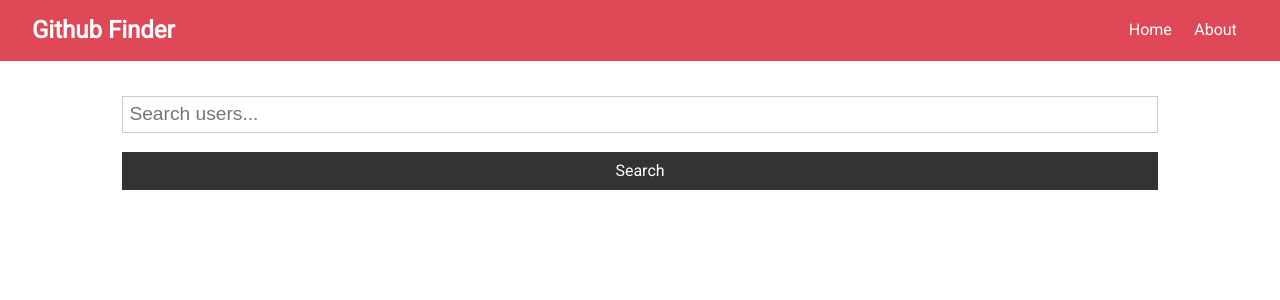
Repository: 7harshit20/github-users-finder
Page: /
These files come from the project's save history. The page is drawn as it stood at one moment and after the next save; the edit follows.
The browser window is 1280 px wide. The pictures show the whole page.
The project was rebuilt for these pictures with package versions that can differ from the ones it lists, and the page was loaded fresh each time. Also part of the build but not shown: src/component/users/UserItems.js, src/component/layout/Spinner.js, src/component/layout/Alert.js, src/component/pages/About.js.

Above is the page before, as saved 2021-10-03 10:55:33.

### src/App.js
import React, { Component, Fragment } from 'react';
import { BrowserRouter as Router, Switch, Route } from 'react-router-dom';
import Navbar from './component/layout/Navbar';
import Users from './component/users/Users';
import Search from './component/users/Search';
import Alert from './component/layout/Alert';
import About from './component/pages/About';
import axios from 'axios';
import './App.css';

class App extends Component {
  state = {
    users: [],
    loading: false,
    alert: null
  }

  searchUsers = async (text) => {
    this.setState({ loading: true });

    // const res = await fetch(`http://api.github.com/search/users?q=${text}&client_id=${process.env.REACT_APP_GITHUB_CLIENT_ID}&client_secret=${process.env.REACT_APP_GITHUB_CLIENT_SECRET}`);
    // const data = await res.json();
    // this.setState({ users: data.items, loading: false });
    const res = await axios.get(`http://api.github.com/search/users?q=${text}&client_id=${process.env.REACT_APP_GITHUB_CLIENT_ID}&client_secret=${process.env.REACT_APP_GITHUB_CLIENT_SECRET}`);

    this.setState({ loading: false, users: res.data.items });
  };

  clearUsers = () => {
    this.setState({ users: [] })
  }

  setAlert = (message, background) => {
    this.setState({ alert: { msg: message, type: background } });
    setTimeout(() => this.setState({ alert: null }), 3000)
  }

  // async componentDidMount() {
  //   this.setState({ loading: true });

  //   const res = await fetch(`http://api.github.com/users?client_id=${process.env.REACT_APP_GITHUB_CLIENT_ID}&client_secret=${process.env.REACT_APP_GITHUB_CLIENT_SECRET}`);
  //   const data = await res.json();

  //   this.setState({ users: data, loading: false });
  // }



  render() {
    // const name = "Someone";
    // const load = false;
    // const showName = true;
    // if (!showName && !load) {
    //   return (
    //     <h1>Changes successful</h1>
    //   )
    // }
    // return (
    //   <div className="App" >
    //     {load ? <h4>Loading...</h4> : <h1>{name}'s Changes successful</h1>}
    //   </div>
    //   // <Fragment>
    //   //   <h1>Hello again</h1>
    //   // </Fragment>
    // );
    const { loading, users, alert } = this.state;
    const name = "Github Finder";

    return (
      <Router>
        <div className="App">
          <Navbar title={name} />
          <div className="container">
            <Alert alert={alert} />
            <Switch>
              <Route exact path='/' render={(props) => (
                <Fragment>
                  <Search
                    searchUsers={this.searchUsers}
                    clearUsers={this.clearUsers}
                    setAlert={this.setAlert}
                    showClear={users.length > 0 ? true : false}
                  />
                  <Users loading={loading} users={users} />
                </Fragment>
              )}
              />
              <Route
                exact path='/about'
                render={(props) => (
                  <About />
                )}
              />
            </Switch>
          </div>
        </div>
      </Router>
    );

  }
}

export default App;

### src/component/layout/Navbar.js
// import React, { Component } from 'react'
// import PropTypes from 'prop-types'

// export class Navbar extends Component {
//     static defaultProps = {
//         title: 'Github Finder'
//     }

//     static propTypes = {
//         title: PropTypes.string.isRequired
//     }

//     render() {
//         return (
//             <nav className='bg-primary'>
//                 <h1>{this.props.title}</h1>
//             </nav>
//         )
//     }
// }

// export default Navbar
import React from 'react'
import PropTypes from 'prop-types'
import { Link } from 'react-router-dom'

const Navbar = ({ title }) => {
    return (
        <nav className='navbar bg-primary'>
            <h1>
                {title}
            </h1>
            <ul>
                <li><Link to="/">Home</Link></li>
                <li><Link to="/about">About</Link></li>
            </ul>
        </nav>
    )
}
Navbar.defaultProps = {
    title: 'Github Finder'
}

Navbar.propTypes = {
    title: PropTypes.string.isRequired
}


export default Navbar

### src/component/users/Users.js
import React from 'react'
import UserItems from './UserItems';
import Spinner from '../layout/Spinner';
import PropTypes from 'prop-types'

const Users = ({ users, loading }) => {
    if (loading) {
        return <Spinner />
    }
    return (
        <div style={userStyle}>
            {users.map(user => (
                <UserItems key={user.id} user={user} />
            ))}
        </div>
    );
}

const userStyle = {
    display: 'grid',
    gridTemplateColumns: 'repeat(3,1fr)',
    gridGap: '1rem'
}

Users.prototype = {
    users: PropTypes.array.isRequired,
    loading: PropTypes.bool.isRequired
}

export default Users

### src/component/users/Search.js
import React, { Component } from 'react'
import PropTypes from 'prop-types'

export class Search extends Component {
    state = {
        text: ''
    };
    onChange = (e) => {
        return this.setState({ [e.target.name]: e.target.value });
    }
    static propTypes = {
        searchUsers: PropTypes.func.isRequired,
        clearUsers: PropTypes.func.isRequired,
        showClear: PropTypes.bool.isRequired,
        setAlert: PropTypes.func.isRequired
    }
    onSubmit = (e) => {
        e.preventDefault();
        if (this.state.text.length === 0) {
            this.props.setAlert('No input provided', 'light');
            return;
        }
        this.props.searchUsers(this.state.text);
        this.setState({ text: '' });
    }
    render() {
        const { clearUsers, showClear } = this.props;
        return (
            <div>
                <form onSubmit={this.onSubmit} className="form">
                    <input type="text" name="text" placeholder="Search users..." value={this.state.text} onChange={this.onChange} />
                    <input type="submit" value="Search" className="btn btn-dark btn-block" />
                </form>
                {showClear && (
                    <button className="btn btn-light btn-block" onClick={clearUsers}>Clear</button>
                )
                }
            </div>
        )
    }
}

export default Search

### src/App.css
@import url("https://fonts.googleapis.com/css?family=Roboto");

/* Global Styles */
:root {
  --primary-color: #dc3545;
  --dark-color: #333333;
  --light-color: #f4f4f4;
  --danger-color: #dc3545;
  --success-color: #28a745;
}

* {
  box-sizing: border-box;
  margin: 0;
  padding: 0;
}

body {
  font-family: "Roboto", sans-serif;
  font-size: 1rem;
  line-height: 1.6;
  background-color: #fff;
  color: #333;
}

a {
  color: var(--primary-color);
  text-decoration: none;
}

a:hover {
  color: #666;
}

ul {
  list-style: none;
}

img {
  width: 100%;
}

/* Utilities */
.container {
  max-width: 1100px;
  margin: auto;
  overflow: hidden;
  padding: 0 2rem;
}

/* Text Styles*/
.x-large {
  font-size: 4rem;
  line-height: 1.2;
  margin-bottom: 1rem;
}

.large {
  font-size: 3rem;
  line-height: 1.2;
  margin-bottom: 1rem;
}

.lead {
  font-size: 1.5rem;
  margin-bottom: 1rem;
}

.text-center {
  text-align: center;
}

.text-primary {
  color: var(--primary-color);
}

.text-dark {
  color: var(--dark-color);
}

.text-success {
  color: var(--success-color);
}

.text-danger {
  color: var(--danger-color);
}

.text-center {
  text-align: center;
}

.text-right {
  text-align: right;
}

.text-left {
  text-align: left;
}

/* Center All */
.all-center {
  display: flex;
  flex-direction: column;
  width: 100%;
  margin: auto;
  justify-content: center;
  align-items: center;
  text-align: center;
}

/* Cards */
.card {
  padding: 1rem;
  border: #ccc 1px dotted;
  margin: 0.7rem 0;
}

/* List */
.list {
  margin: 0.5rem 0;
}

.list li {
  padding-bottom: 0.3rem;
}

/* Padding */
.p {
  padding: 0.5rem;
}
.p-1 {
  padding: 1rem;
}
.p-2 {
  padding: 2rem;
}
.p-3 {
  padding: 3rem;
}
.py {
  padding: 0.5rem 0;
}
.py-1 {
  padding: 1rem 0;
}
.py-2 {
  padding: 2rem 0;
}
.py-3 {
  padding: 3rem 0;
}

/* Margin */
.m {
  margin: 0.5rem;
}
.m-1 {
  margin: 1rem;
}
.m-2 {
  margin: 2rem;
}
.m-3 {
  margin: 3rem;
}
.my {
  margin: 0.5rem 0;
}
.my-1 {
  margin: 1rem 0;
}
.my-2 {
  margin: 2rem 0;
}
.my-3 {
  margin: 3rem 0;
}

/* Grid */
.grid-2 {
  display: grid;
  grid-template-columns: repeat(2, 1fr);
  grid-gap: 1rem;
}

.grid-3 {
  display: grid;
  grid-template-columns: repeat(3, 1fr);
  grid-gap: 1rem;
}

.grid-4 {
  display: grid;
  grid-template-columns: repeat(4, 1fr);
  grid-gap: 1rem;
}

.btn {
  display: inline-block;
  background: var(--light-color);
  color: #333;
  padding: 0.4rem 1.3rem;
  font-size: 1rem;
  border: none;
  cursor: pointer;
  margin-right: 0.5rem;
  transition: opacity 0.2s ease-in;
  outline: none;
}

.btn-link {
  background: none;
  padding: 0;
  margin: 0;
}

.btn-block {
  display: block;
  width: 100%;
}

.btn-sm {
  font-size: 0.8rem;
  padding: 0.3rem 1rem;
  margin-right: 0.2rem;
}

.badge {
  display: inline-block;
  font-size: 0.8rem;
  padding: 0.2rem 0.7rem;
  text-align: center;
  margin: 0.3rem;
  background: var(--light-color);
  color: #333;
  border-radius: 5px;
}

.alert {
  padding: 0.7rem;
  margin: 1rem 0;
  opacity: 0.9;
  background: var(--light-color);
  color: #333;
}

.btn-primary,
.bg-primary,
.badge-primary,
.alert-primary {
  background: var(--primary-color);
  color: #fff;
}

.btn-light,
.bg-light,
.badge-light,
.alert-light {
  background: var(--light-color);
  color: #333;
}

.btn-dark,
.bg-dark,
.badge-dark,
.alert-dark {
  background: var(--dark-color);
  color: #fff;
}

.btn-danger,
.bg-danger,
.badge-danger,
.alert-danger {
  background: var(--danger-color);
  color: #fff;
}

.btn-success,
.bg-success,
.badge-success,
.alert-success {
  background: var(--success-color);
  color: #fff;
}

.btn-white,
.bg-white,
.badge-white,
.alert-white {
  background: #fff;
  color: #333;
  border: #ccc solid 1px;
}

.btn:hover {
  opacity: 0.8;
}

.bg-light,
.badge-light {
  border: #ccc solid 1px;
}

.round-img {
  border-radius: 50%;
}

/* Forms */
input {
  margin: 1.2rem 0;
}

.form-text {
  display: block;
  margin-top: 0.3rem;
  color: #888;
}

input[type="text"],
input[type="email"],
input[type="password"],
input[type="date"],
select,
textarea {
  display: block;
  width: 100%;
  padding: 0.4rem;
  font-size: 1.2rem;
  border: 1px solid #ccc;
}

input[type="submit"],
button {
  font: inherit;
}

table th,
table td {
  padding: 1rem;
  text-align: left;
}

table th {
  background: var(--light-color);
}

/* Navbar */
.navbar {
  display: flex;
  justify-content: space-between;
  align-items: center;
  padding: 0.7rem 2rem;
  z-index: 1;
  /* width: 100%; */
  opacity: 0.9;
  margin-bottom: 1rem;
}

.navbar ul {
  display: flex;
}

.navbar a {
  color: #fff;
  padding: 0.45rem;
  margin: 0 0.25rem;
}

.navbar a:hover {
  color: var(--light-color);
}

.navbar .welcome span {
  margin-right: 0.6rem;
}

/* Mobile Styles */
@media (max-width: 700px) {
  .hide-sm {
    display: none;
  }

  .grid-2,
  .grid-3,
  .grid-4 {
    grid-template-columns: 1fr;
  }

  /* Text Styles */
  .x-large {
    font-size: 3rem;
  }

  .large {
    font-size: 2rem;
  }

  .lead {
    font-size: 1rem;
  }

  /* Navbar */
  .navbar {
    display: block;
    text-align: center;
  }

  .navbar ul {
    text-align: center;
    justify-content: center;
  }
}

Loaded but not shown: src/index.js (common file); src/reportWebVitals.js (common file)

After the next save:
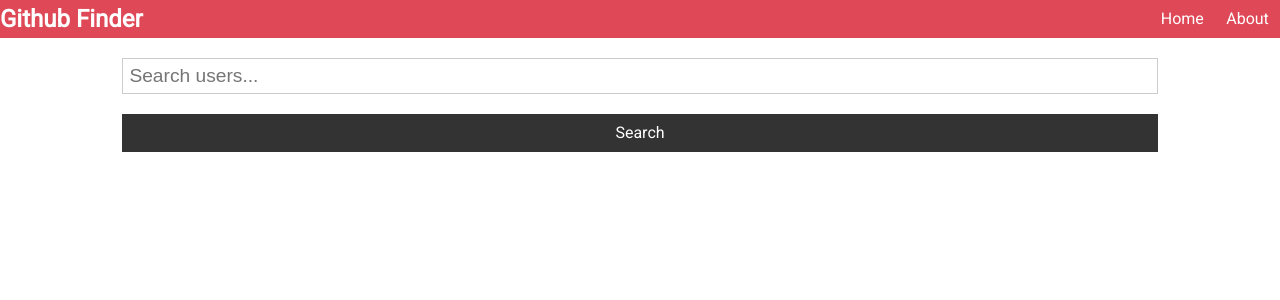
Saved 32 s later.
--- a/src/App.css
+++ b/src/App.css
@@ -351,11 +351,11 @@
   display: flex;
   justify-content: space-between;
   align-items: center;
-  padding: 0.7rem 2rem;
-  z-index: 1;
+  /* padding: 0.7rem 2rem; */
+  /* z-index: 1; */
   /* width: 100%; */
   opacity: 0.9;
-  margin-bottom: 1rem;
+  /* margin-bottom: 1rem; */
 }
 
 .navbar ul {
